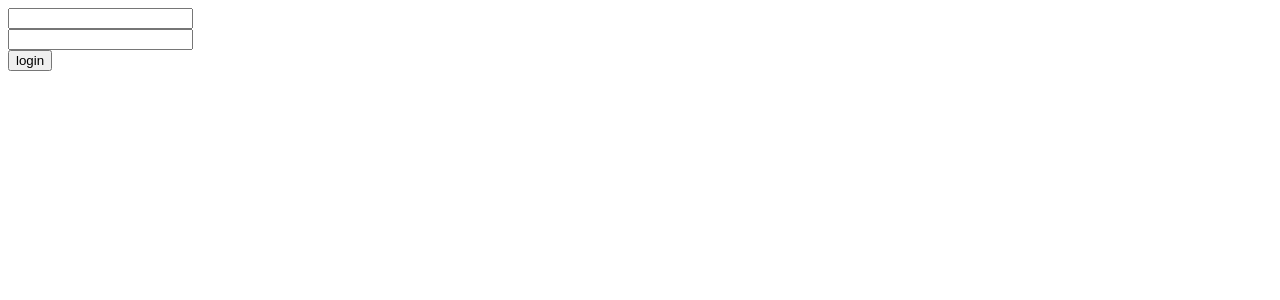
Repository: Aigio1064/FairyFox_Utility_codebase
Page: test.html
An editor plug-in stored every save of this project. The page is shown before and after the next save, followed by the edit.
The browser window is 1280 px wide. The pictures show the whole page.

Above is the page before, as saved 2022-11-17 23:28:48.

After the next save:
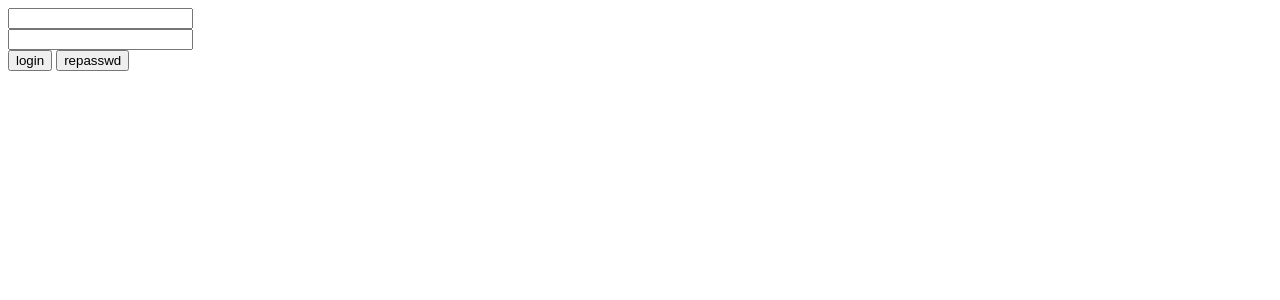
Saved 33 s later.
--- a/test.html
+++ b/test.html
@@ -7,5 +7,6 @@
         <input type="email"><br>
         <input type="password"><br>
         <input type="button" value="login">
+        <input type="button" value="repasswd">
     </body>
 </html>
